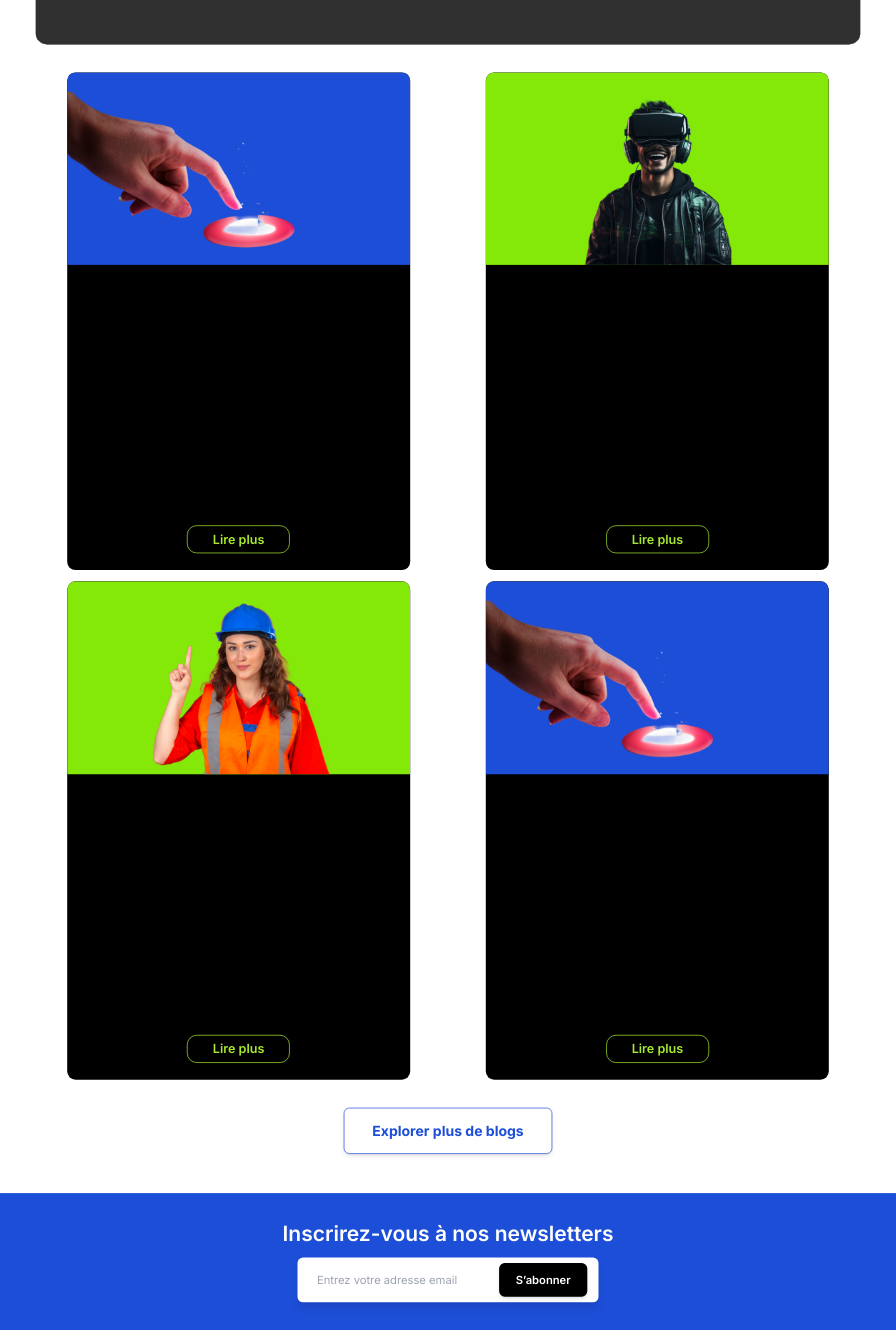
Repository: NassimeElkamari/test
Page: /blogs
An editor plug-in stored every save of this project. The page is shown before and after a run of saves, followed by the edit.
The browser window is 1280 px wide. The pictures show the part of the page from y = 589 to 2509 px (the page is 2489 px tall before and 2509 px after), at 70% of full size.
Pictures or frames that could not be fetched are drawn as grey boxes. The project was rebuilt for these pictures with package versions that can differ from the ones it lists, and the page was loaded fresh each time. The framework's server and built-in components were replaced by stand-ins that run in the browser. Also part of the build but not shown: next.config.mjs.

Above is the page before, as saved 2024-06-12 16:19:28.

### src/app/blogs/page.tsx
import Image from 'next/image';
import React from 'react';
import { MdDateRange } from "react-icons/md";
import BlogCard from '../../components/BlogCard';
import { cardData } from '../../data/cardData';

const Blog = () => {
  return (
    <div className='bg-white'>
      <div className='flex justify-center'>
        <h1 className="text-4xl font-bold text-center">Blog</h1>
      </div>
      <div className="relative w-[92vw] h-[85vh] mx-auto overflow-hidden bg-black pt-5 pl-8 flex flex-col justify-start rounded-2xl">
        <Image
          src="/bgImage.jpg"
          layout="fill"
          objectFit="cover"
          objectPosition="top"
          quality={100}
          alt="Background Image"
          className="opacity-30 bg-black"
        />
        <div className="absolute inset-0 flex flex-col justify-center text-white mt-[6%] p-4 pl-8">
          <h1 className="text-[52px] font-semibold mb-4">
            Ouvrez les portes de la connaissance <br /> avec nos Blogs stimulants
          </h1>
          <p className="text-[17px] mb-8">
            Découvrez les dernières actualités de 2peerfect dans une multitude de domaines passionnants. <br />Plongez-vous dans nos articles pour rester à jour sur les tendances les plus récentes en technologie, <br /> santé mentale, Design, Business, et bien plus encore. Avec une expertise diversifiée et des perspectives variées,<br /> 2peerfect vous offre un aperçu complet et captivant des développements les plus récents à travers différents secteurs.<br /> Ne manquez rien de ce qui se passe dans le monde, suivez 2peerfect pour rester informé et inspiré.
          </p>
          <div className="flex flex-wrap justify-between space-x-4 w-[80%]">
            <div className="bg-transparent rounded-lg shadow-md w-[15%] h-10 mb-4 border border-[#A7E92F] flex items-center justify-center">
              <h2 className="text-lg font-semibold text-center">Marketing</h2>
            </div>
            <div className="bg-transparent rounded-lg shadow-md w-[15%] h-10 mb-4 border border-[#A7E92F] flex items-center justify-center">
              <h2 className="text-lg font-semibold text-center">Design</h2>
            </div>
            <div className="bg-transparent rounded-lg shadow-md w-[15%] h-10 mb-4 border border-[#A7E92F] flex items-center justify-center">
              <h2 className="text-lg font-semibold text-center">Business</h2>
            </div>
            <div className="bg-transparent rounded-lg shadow-md w-[15%] h-10 mb-4 border border-[#A7E92F] flex items-center justify-center">
              <h2 className="text-lg font-semibold text-center">IT</h2>
            </div>
            <div className="bg-transparent rounded-lg shadow-md w-[15%] text-center h-10 mb-4 border border-[#A7E92F] flex items-center justify-center">
              <h2 className="text-lg font-semibold">Psychologie</h2>
            </div>
            {/* Add more cards as needed */}
          </div>
        </div>
      </div>
      <div className='second-section w-[85vw] mx-auto mt-10 flex justify-center'>
        <div className="flex flex-wrap gap-4 justify-between ">
          {cardData.map((card) => (
            <BlogCard
              key={card.id}
              imageSrc={card.imageSrc}
              title={card.title}
              description={card.description}
              date={card.date}
              color={card.background}
            />
          ))}
        </div>
      </div>
      <div className="flex justify-center mt-10">
        <button className=" text-white rounded-lg shadow-md  text-center mx-10 my-4 px-10 py-8 h-10 border border-[#1D4ED8] flex items-center justify-center">
          <h2 className="text-xl font-bold text-[#1D4ED8]">Explorer plus de blogs </h2>
        </button>
      </div>
      <div className="bg-[#1D4ED8] py-10 mt-10 flex flex-col items-center justify-center">
        <h2 className="text-3xl font-semibold text-white mb-4">Inscrirez-vous à nos newsletters</h2>
        <div className="bg-white px-4 py-2 rounded-lg shadow-lg flex flex-col items-center sm:flex-row">
          <input
            type="email"
            placeholder="Entrez votre adresse email"
            className="w-64 p-3 mb-4 sm:mb-0 sm:mr-4 rounded-lg focus:outline-none"
          />
          <button className="bg-black text-white font-semibold py-3 px-6 rounded-lg shadow-md ">
          S’abonner
          </button>
        </div>
      </div>
    </div>
  );
};

export default Blog;

### src/components/BlogCard.tsx
import Image from 'next/image'
import React from 'react'
import { MdDateRange } from "react-icons/md";


const BlogCard = ({ imageSrc, title, description, date , color}) => {
  return (
    <div className='w-[45%] h-[50%] bg-black rounded-xl flex flex-col'>
    <div className="w-[100%] h-2/5 relative">
        <Image
        src={imageSrc}
        layout='responsive'
        height={100}
        width={100}
        alt="Card Image"
        className="w-full h-full rounded-t-xl "
        style={{backgroundColor: `${color}`}}
        />
    </div>
    <div className="pt-14 flex justify-center items-center flex-col px-5">
        <h1 className="text-[32px] font-semibold">{title}</h1>
        <p className="text-md mt-5">{description}</p>
    </div>
    <div className="flex items-center justify-end mt-10 mr-2">
        <MdDateRange width={70} height={70} className='mr-4'/>
        <p className="mr-2">{date}</p>
    </div>
    <div className="flex justify-center mt-8 mb-6"> {/* Added justify-center class */}
        <button className="bg-black rounded-[14px] shadow-md w-[30%] text-center h-10 border border-[#A7E92F] flex items-center justify-center">
        <h2 className="text-lg font-semibold text-[#A7E92F]">Lire plus</h2> {/* Added text-white class */}
        </button>
    </div>
    </div>
  )
}

export default BlogCard

### src/data/cardData.js
export const cardData = [
  {
    id: 1,
    imageSrc: "/card11.png",
    title: "L'impact des médias sociaux sur la santé mental",
    description: "Discuter de la façon dont les likes, les commentaires et les partages peuvent devenir une mesure de notre valeur personnelle, et comment cela peut affecter notre estime de soi et notre bien-être émotionnel...",
    date: "11 Décembre 2023",
    background: '#1D4ED8' // Background color for the first card
  },
  {
    id: 2,
    imageSrc: "/card22.png",
    title: "L’inovation technologique dans l’éducation",
    description: "Reconnaître les défis liés à l'intégration de la technologie dans l'éducation, tels que l'accès inégal aux ressources technologiques et les préoccupations concernant la dépendance excessive à la technologie...",
    date: "11 Décembre 2023",
    background: '#84e809' // Background color for the second card
  },
  {
    id: 3,
    imageSrc: "/card33.png",
    title: "L’inovation technologique dans l’éducation",
    description: "Reconnaître les défis liés à l'intégration de la technologie dans l'éducation, tels que l'accès inégal aux ressources technologiques et les préoccupations concernant la dépendance excessive à la technologie...",
    date: "11 Décembre 2023",
    background: '#84e809' // Background color for the third card
  },
  {
    id: 4,
    imageSrc: "/card11.png",
    title: "L'impact des médias sociaux sur la santé mental",
    description: "Discuter de la façon dont les likes, les commentaires et les partages peuvent devenir une mesure de notre valeur personnelle, et comment cela peut affecter notre estime de soi et notre bien-être émotionnel...",
    date: "11 Décembre 2023",
    background: '#1D4ED8' // Background color for the fourth card
  },
];

Loaded but not shown: src/app/layout.tsx (common file); src/app/globals.css (common file); tailwind.config.ts (common file)

After the next 2 saves:
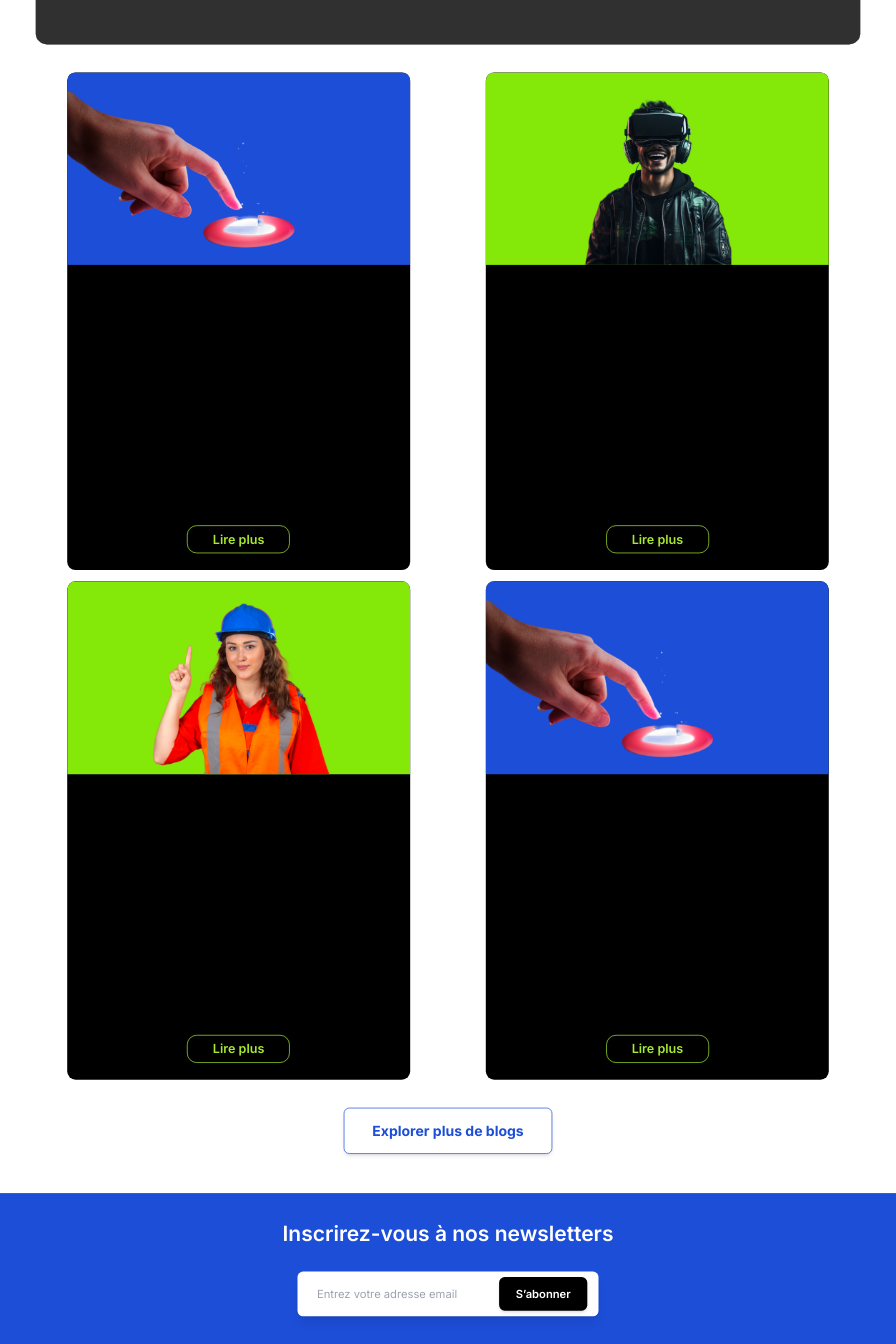
The 2 saves are shown as one change because they came seconds apart.
The last was saved 16 s later.
--- a/src/app/blogs/page.tsx
+++ b/src/app/blogs/page.tsx
@@ -68,7 +68,7 @@ const Blog = () => {
       </div>
       <div className="bg-[#1D4ED8] py-10 mt-10 flex flex-col items-center justify-center">
         <h2 className="text-3xl font-semibold text-white mb-4">Inscrirez-vous à nos newsletters</h2>
-        <div className="bg-white px-4 py-2 rounded-lg shadow-lg flex flex-col items-center sm:flex-row">
+        <div className="bg-white px-4 py-2 rounded-lg shadow-lg flex flex-col items-center sm:flex-row mt-5">
           <input
             type="email"
             placeholder="Entrez votre adresse email"
